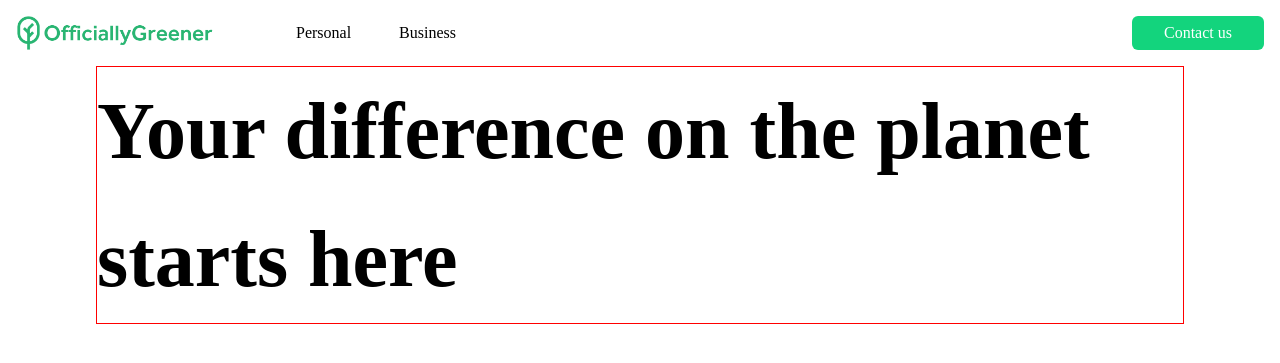
Repository: Sinkycode/Officially-Greener
Page: index.html
The author's editor kept a copy of each file at every save. The page is drawn from the files as they stood at one save, then again after the next save.
The browser window is 1280 px wide. The pictures show the whole page.

Above is the page before, as saved 2023-03-07 21:02:11.

After the next save:
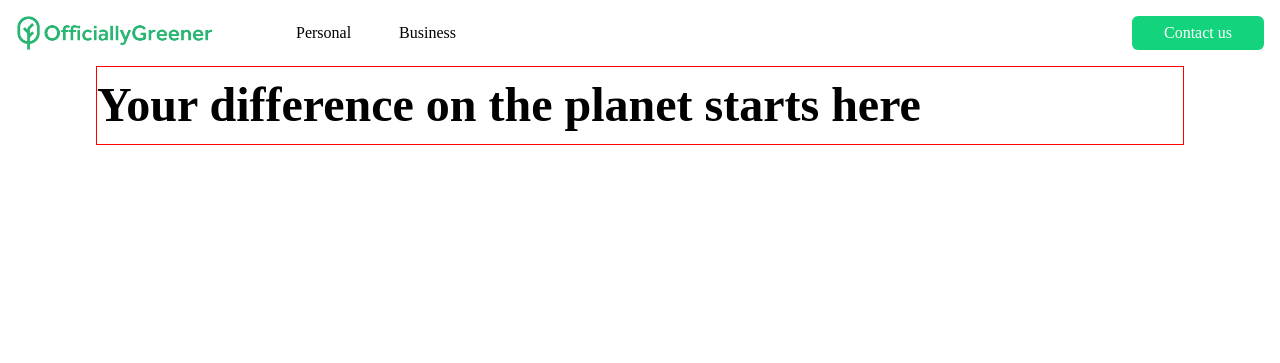
Saved 16 s later.
--- a/style.css
+++ b/style.css
@@ -83,5 +83,5 @@
 }
 
 .landing-page__big-txt {
-  font-size: clamp(5rem, 1rem - 10vw, 7rem)
+  font-size: clamp(3rem, 1rem - 10vw, 7rem)
 }
